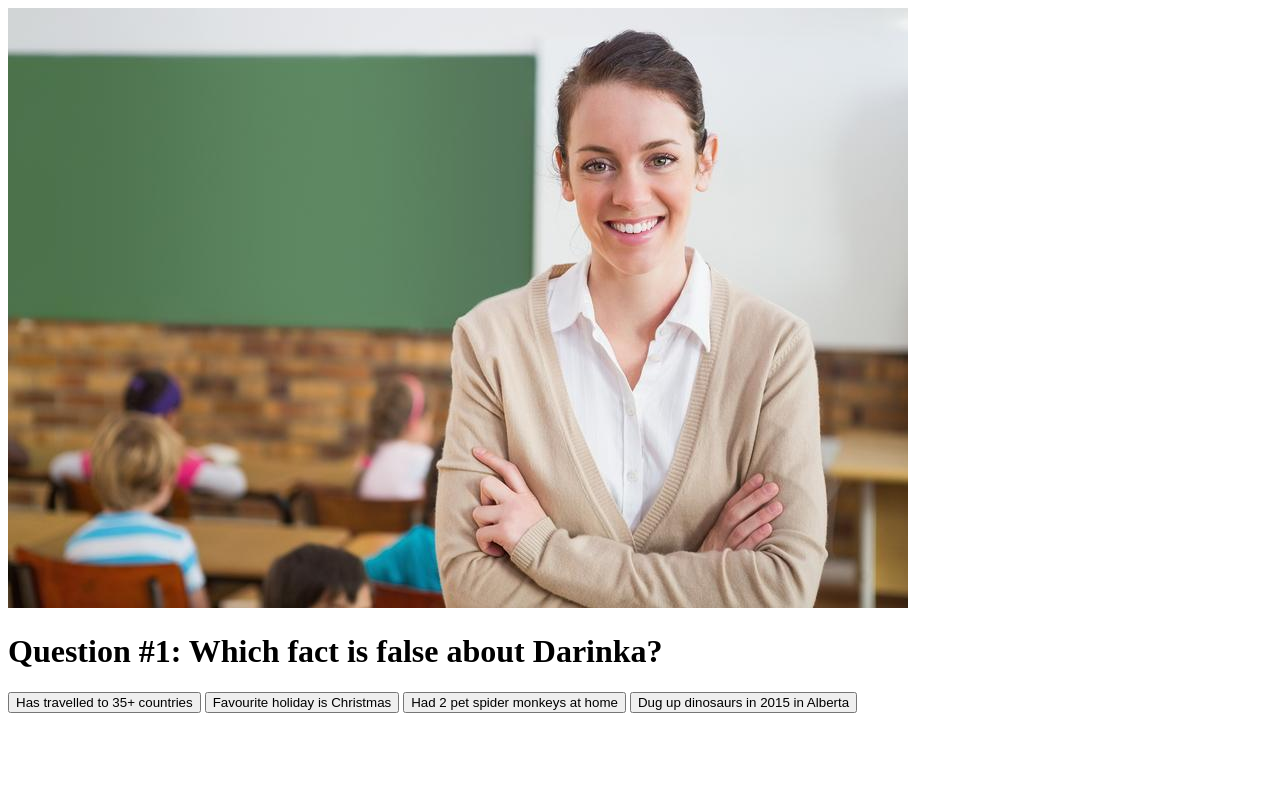
Repository: RenataDzotova/Trivia-BCIT
Page: http://localhost/q1
These files come from the project's save history. The page is drawn as it stood at one moment and after a run of saves; the edit follows.
The browser window is 1280 px wide. The pictures show the whole page.
The page is served by the project's Node server (index.js).

Above is the page before, as saved 2022-11-02 17:56:16.

After the next 2 saves:
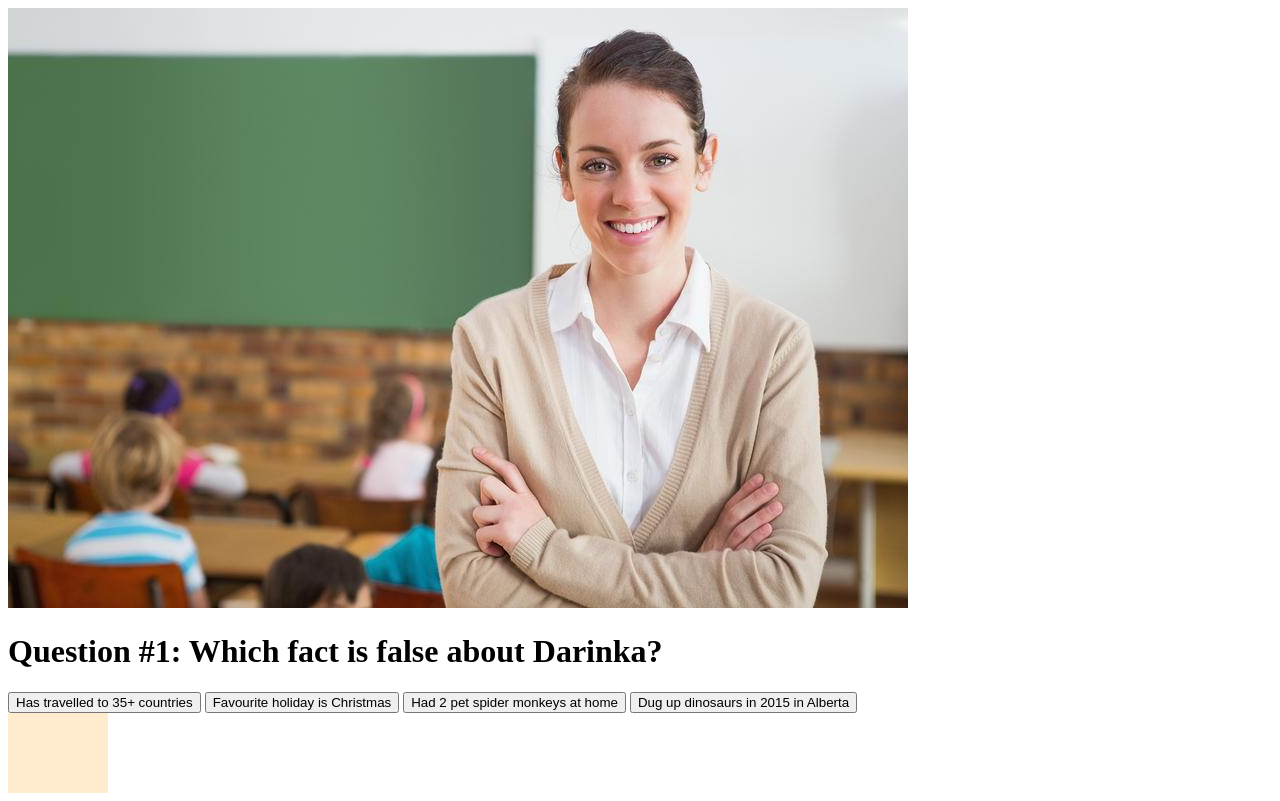
The 2 saves are shown as one change because they came seconds apart.
The last was saved 7 s later.
--- a/views/questionOne.html
+++ b/views/questionOne.html
@@ -9,7 +9,8 @@
     <style>
         div{
             width: 100px;
-            height: 80px
+            height: 80px;
+            background-color: blanchedalmond;
         }
     </style>
 </head>
